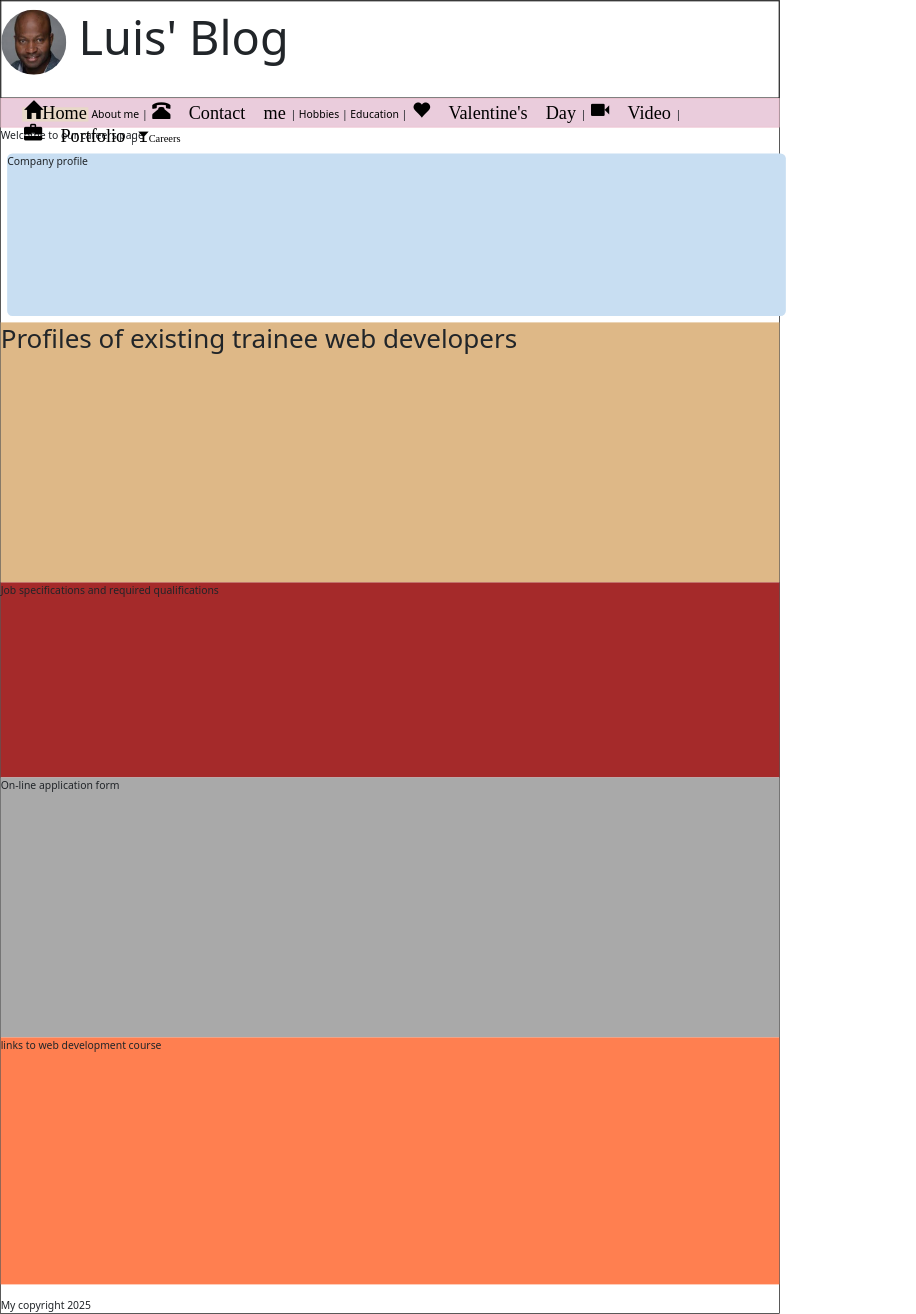
Repository: Apex-03/Apex-03.github.io
Page: careers.html
These files come from the project's save history. The page is drawn as it stood at one moment and after the next save; the edit follows.
The browser window is 1280 px wide. The page is 1280 px wide, then 1409 px, so the pictures cover 1409 px, including what lies to the right of the window. The pictures show the whole page, at 65% of full size.

Above is the page before, as saved 2025-05-06 11:40:24.

### careers.html
<!doctype html>
<html lang="en-GB">

<head>
<meta charset="utf-8" />
<meta name="viewport" content="width=width-device, initial-scale=1 strink-to-fit=no" />
<meta description="Website development, Web design" />
<title>Luis's Blog </title>
<link rel="stylesheet" type="text/css" href="mycss/myblog.css" />
<script type="text/javascript" src="myjsfiles/mytasks.js"/> </script>

<link rel="stylesheet" type="text/css" href="my_bootstrap/css/bootstrap.min.css" />

<link rel="stylesheet" type="text/css" href="glyphicons-only-bootstrap/css/bootstrap.min.css" />

<script type="text/javascript" src="my_bootstrap/js/bootstrap.min.js" /> </script>

<script type="text/javascript" src="my_jquery/jquery-3.7.1.min.js" /> </script>




</head>
<body>
<div id="mypage">
<div id="banner"> <img src="images/luis_photo.jpg" alt="photo of Luis Ibhiabor" width="100" height="100"/> Luis' Blog</div>
<div id="topnav">
<ul>
<li class="hm"> <a href="#" class="glyphicon glyphicon-home gi-2x">Home</a></li>
<li> <a href="#"> About me </a> </li> |
<li> <a href="#" class="glyphicon glyphicon-phone-alt gi-2x"> Contact me </a> </li> |
<li> <a href="#"> Hobbies </a> </li> |
<li> <a href="#"> Education </a> </li> |
<li> <a href="#" class="glyphicon glyphicon-heart gi-2x"> Valentine's Day</a> </li> |
<li> <a href="#" class="glyphicon glyphicon glyphicon-facetime-video gi-2x"> Video </a> </li> |
<li> <a href="#" class="glyphicon glyphicon glyphicon-briefcase gi-2x"> Portfolio </a> </li> |
<li> <a href="careers.html" class="glyphicon glyphicon-glass g1-2x">Careers</a></li>


</ul>
</div>

<div id="contentarea">
<p> Welcome to our careers page</p>

<div class="company_profile"><p>Company profile</p></div>

<div class="current_trainees"><h1>Profiles of existing trainee web developers</h1></div>

<div class="job_spec"><p>Job specifications and required qualifications</p></div>
<div class="application_form"><p>On-line application form</p></div>

<div class="our_courses"><p>links to web development course</p></div>

 </div>

<div id="pagefooter"> My copyright 2025 </div>

</div>
</body>
</html>

### mycss/myblog.css

body {
background-color: #fff;
font-family: Arial, Helvetica, sans-serif;
}

#mypage {
border: 1px solid #000;
width: 1200px;
}

#banner {
height: 150px;
border: 1px solid #000;
}

#topnav {
height: 45px;
border: 1px solid #edbcca;
}

/*Improving it starts here*/
#topnav {
background-color: #eaccdc;

}

.gi-2x{font-size: 28px; padding: 3px;}
.gi-3x{font-size: 3em;}
.gi-4x{font-size: 4em;}
.gi-5x{font-size: 5em;}


#banner img {
border-radius: 50%;

/*height: 100px; width: 100px; background-color: #ff5733; margin: auto;*/
}

/*Improving it ends here*/


#topnav ul li{
text-decoration: none;
display: inline;
}

#topnav a:link {
text-decoration: none;
color: #000;
}

#topnav a:visited {
color: #caadce;
}

#topnav a:hover {
background-color: #000;
}

#contentarea {
height: 1800px;

}


#banner {
font-size: 450%;

}

.hm {
height: 25px;
background-color: #e8d8c8;
}




/*
#topnav ul li {
text-decoration: none;
display: inline;

}

https://developers.google.com/fonts/docs/getting_started

#mypage {


border: 1px solid #000;
}

*/

.company_profile {
    width: 100%;
    height: 250px;
    background-color: #c8def2;
    border-radius: 8px;
    margin: 10px;
}

.current_trainees {
    width: 100%;
    height: 400px;
    background-color:burlywood;
}

.job_spec {
    width: 100%;
    height: 300px;
    background-color:brown;
}

.application_form {
    width: 100%;
    height: 400px;
    background-color:darkgray;
}

.our_courses {
    width: 100%;
    height: 380px;
    background-color: coral;
}

### myjsfiles/mytasks.js
/*
document.write("Hello World!");
window.alert("Welcome to my blog!");
*/

Loaded but not shown: my_bootstrap/css/bootstrap.min.css (library); glyphicons-only-bootstrap/css/bootstrap.min.css (library); my_bootstrap/js/bootstrap.min.js (library); my_jquery/jquery-3.7.1.min.js (library)

After the next save:
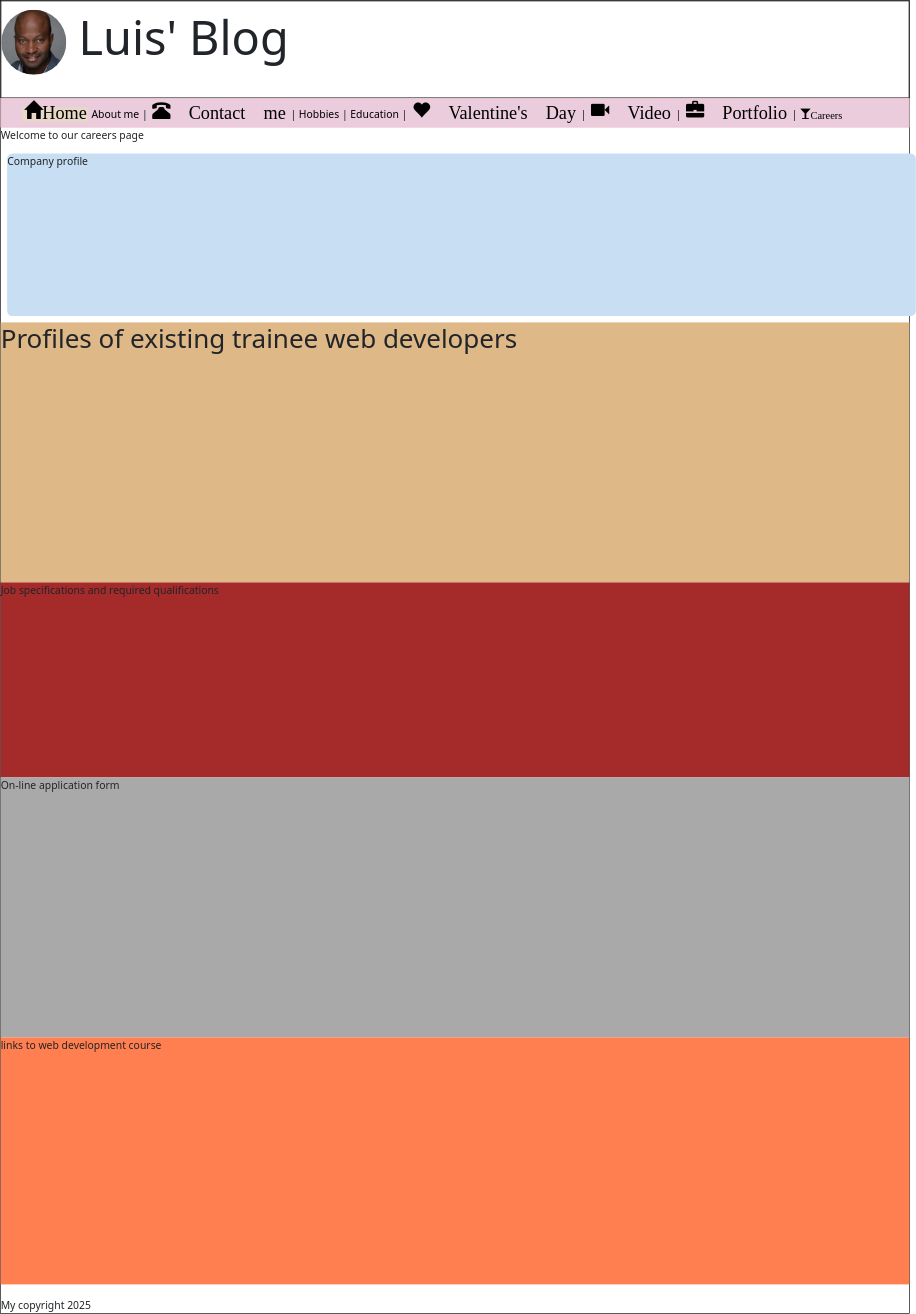
Saved 106 s later.
--- a/mycss/myblog.css
+++ b/mycss/myblog.css
@@ -6,7 +6,7 @@ font-family: Arial, Helvetica, sans-serif;
 
 #mypage {
 border: 1px solid #000;
-width: 1200px;
+width: 1400px;
 }
 
 #banner {
